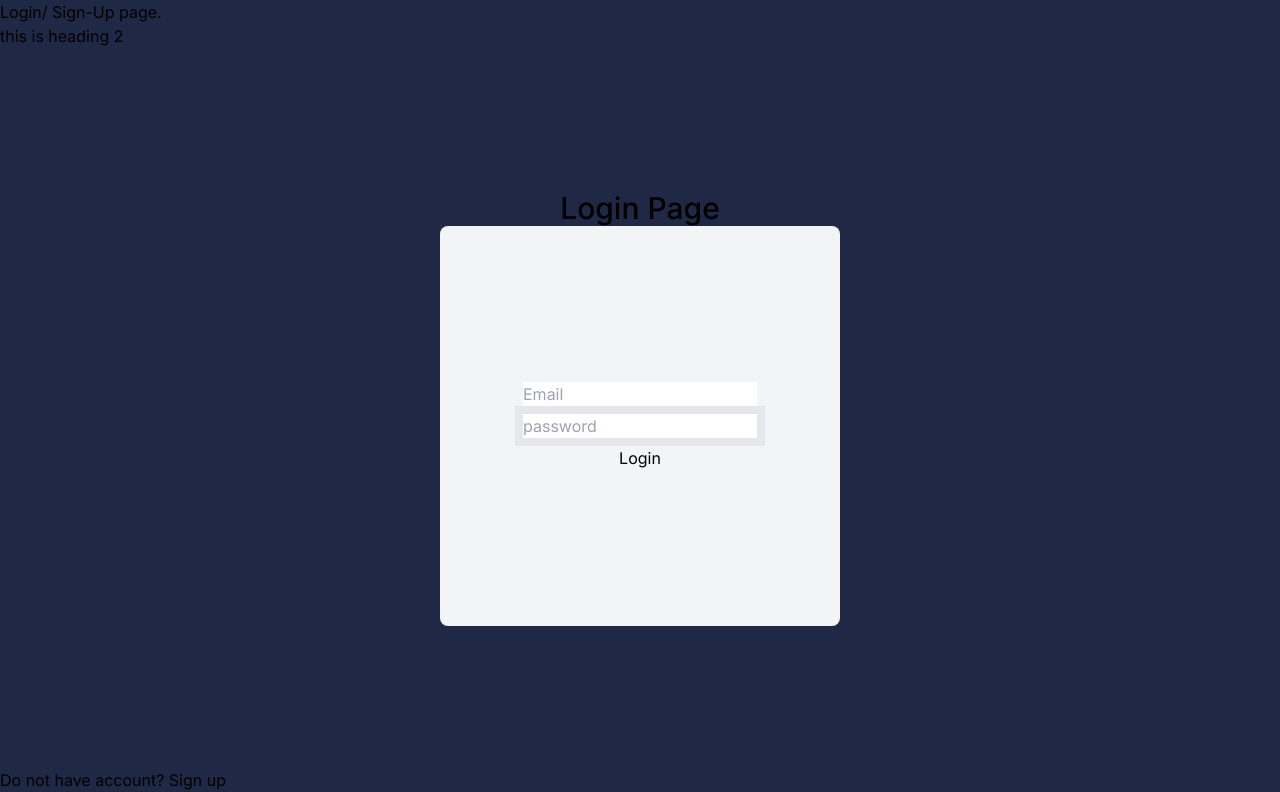
Repository: its-kundan/food-on-time
Page: /restaurant
An editor plug-in stored every save of this project. The page is shown before and after the next save, followed by the edit.
The browser window is 1280 px wide. The pictures show the whole page.
The project was rebuilt for these pictures with package versions that can differ from the ones it lists, and the page was loaded fresh each time. The framework's server and built-in components were replaced by stand-ins that run in the browser. Also part of the build but not shown: next.config.mjs, src/app/_components/SignUp.jsx.

Above is the page before, as saved 2024-07-24 23:52:35.

After the next save:
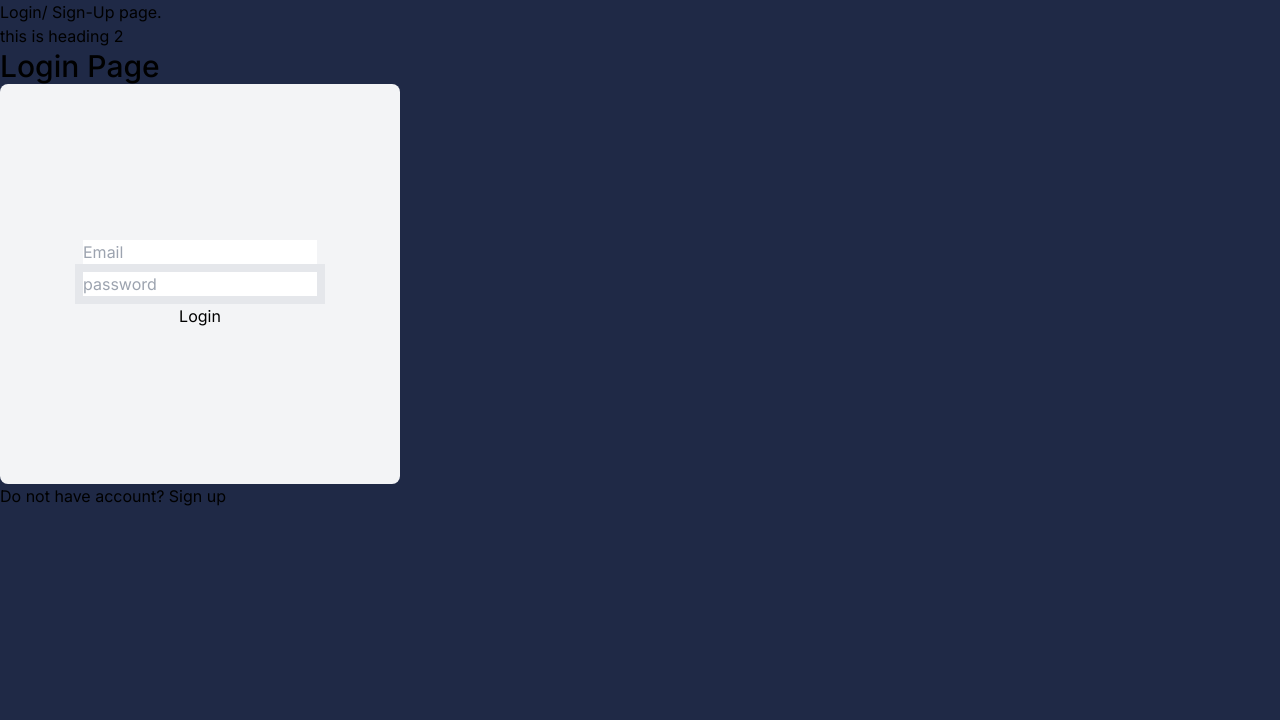
Saved 103 s later.
--- a/src/app/_components/Login.jsx
+++ b/src/app/_components/Login.jsx
@@ -3,7 +3,7 @@ import React from 'react'
 function Login() {
   return (
     <>
-    <div className='flex flex-col justify-center items-center h-screen w-screen'>
+    <div >
 
         <h3 className='text-3xl font-medium'> Login  Page</h3>
         <div className='flex flex-col border-3 shadow-4 h-[400px] w-[400px] items-center justify-center bg-gray-100 dark:bg-gray-800 rounded-lg'>
